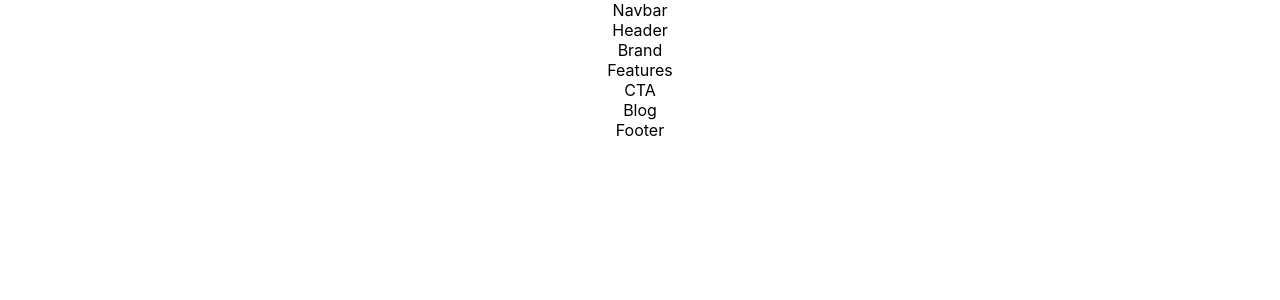
Repository: GeorgiosDev/OpenAI-Clone
Page: /
The author's editor kept a copy of each file at every save. The page is drawn from the files as they stood at one save, then again after the next save.
The browser window is 1280 px wide. The pictures show the whole page.
The project was rebuilt for these pictures with package versions that can differ from the ones it lists, and the page was loaded fresh each time. Also part of the build but not shown: src/components/article/article.css, src/components/article/Article.jsx, src/components/cta/cta.css, src/components/navbar/navbar.css, src/components/feature/Feature.jsx, src/containers/blog/blog.css, src/containers/features/features.css, src/containers/footer/footer.css and 3 more.

Above is the page before, as saved 2025-01-31 12:22:49.

After the next save:
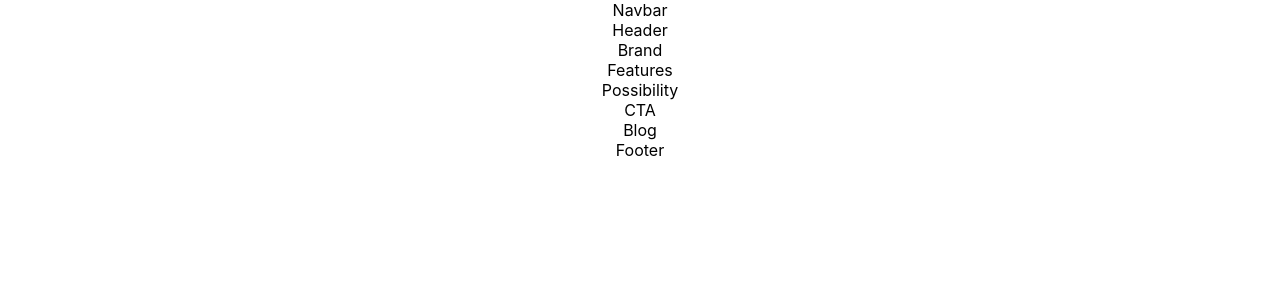
Saved 7 s later.
--- a/src/containers/possibility/Possibility.jsx
+++ b/src/containers/possibility/Possibility.jsx
@@ -3,7 +3,7 @@
 const Possibility = () => {
   return (
     <div>
-
+      Possibility
     </div>
   )
 }
